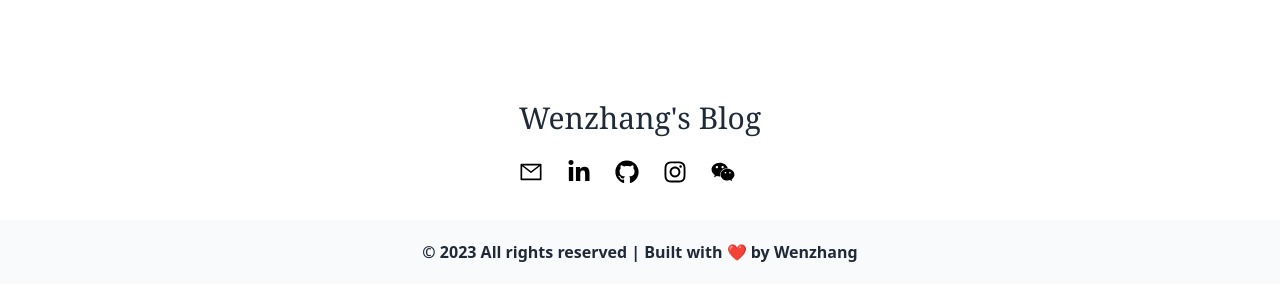
Repository: RealWenzhangGe/Wenzhang-s-Blog
Page: /components/Footer
These files come from the project's save history. The page is drawn as it stood at one moment and after the next save; the edit follows.
The browser window is 1280 px wide. The pictures show the whole page.
The project was rebuilt for these pictures with package versions that can differ from the ones it lists, and the page was loaded fresh each time. The framework's server and built-in components were replaced by stand-ins that run in the browser. Also part of the build but not shown: next.config.js.

Above is the page before, as saved 2023-02-28 18:58:00.

After the next save:
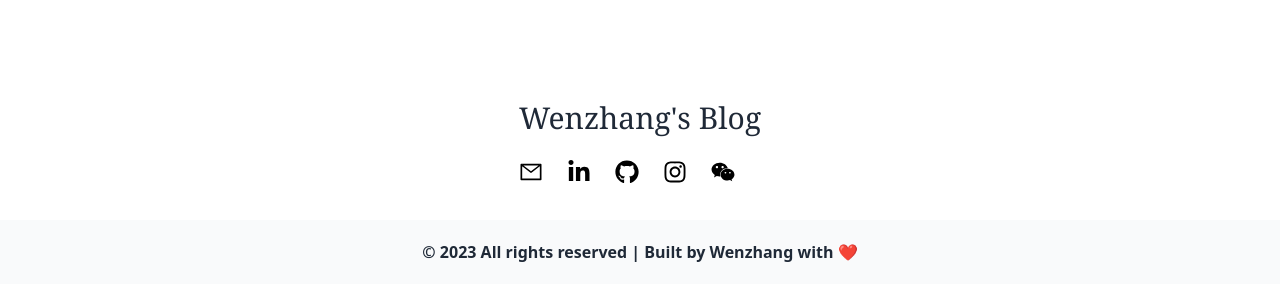
Saved 3 min 32 s later.
--- a/pages/components/Footer.tsx
+++ b/pages/components/Footer.tsx
@@ -51,10 +51,11 @@ function Footer() {
      </div>
      <div className="flex flex-col items-center justify-center p-5 text-center bg-gray-50">
        <h1 className="font-semibold text-gray-800 ">
-         © 2023 All rights reserved | Built with ❤ by{" "}
+         © 2023 All rights reserved | Built  by{" "}
          <span className="font-semibold cursor-pointer hover:text-blue-600">
            Wenzhang{" "}
          </span>
+         with ❤
        </h1>
      </div>
    </>
